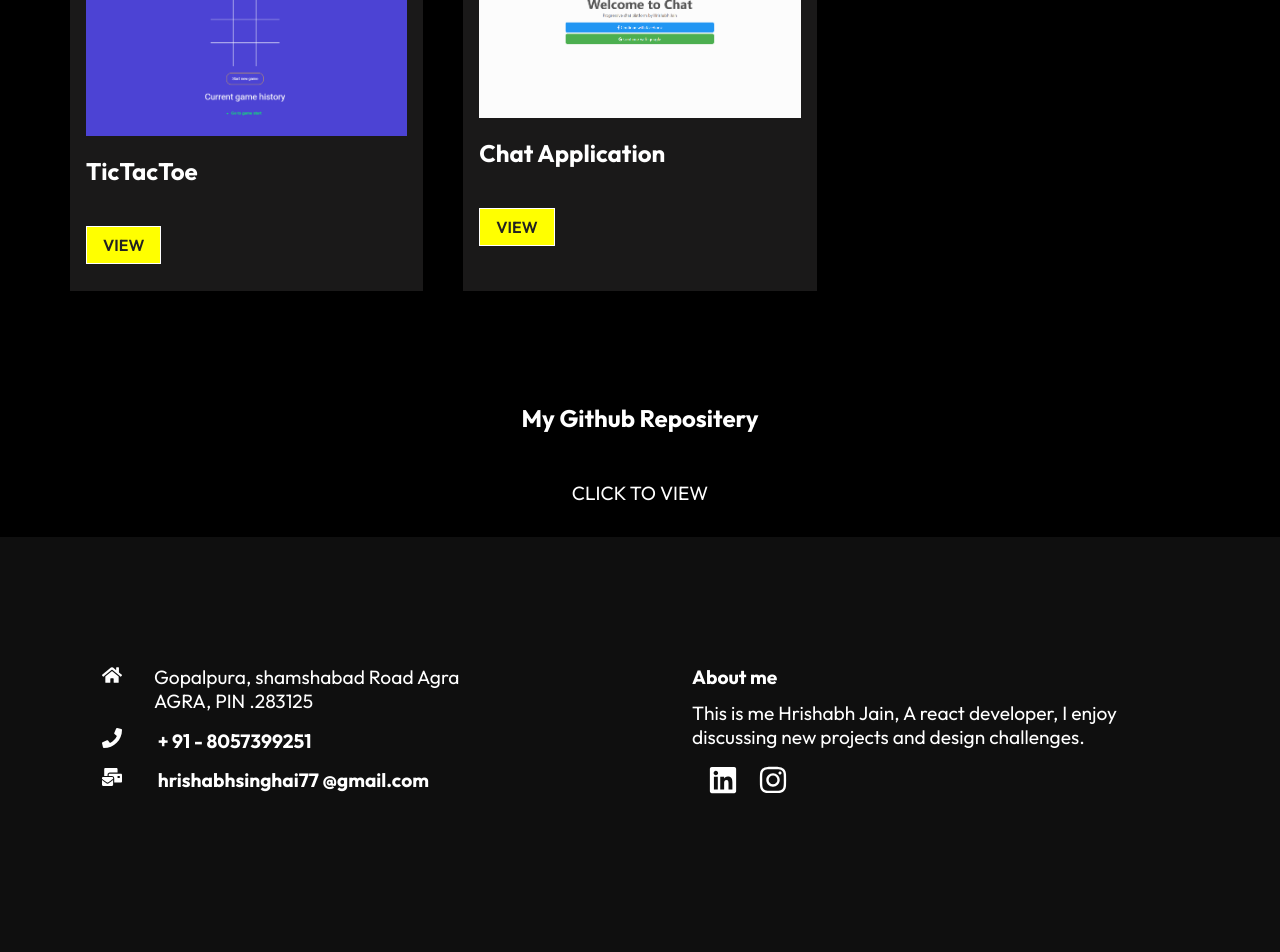
Repository: Hrishabhsinghai/Portfolio
Page: /project
These files come from the project's save history. The page is drawn as it stood at one moment and after the next save; the edit follows.
The browser window is 1280 px wide. The pictures show the part of the page from y = 704 to 1656 px (the page is 1656 px tall before and 1640 px after).
The project was rebuilt for these pictures with package versions that can differ from the ones it lists, and the page was loaded fresh each time. Also part of the build but not shown: src/components/HeroImgStyles.css, src/components/HeroImg.js, src/routes/Home.js, src/components/AboutContentSttyles.css, src/components/AboutContent.js, src/routes/About.js, src/routes/Contact.js.

Above is the page before, as saved 2024-01-11 22:47:16.

After the next save:
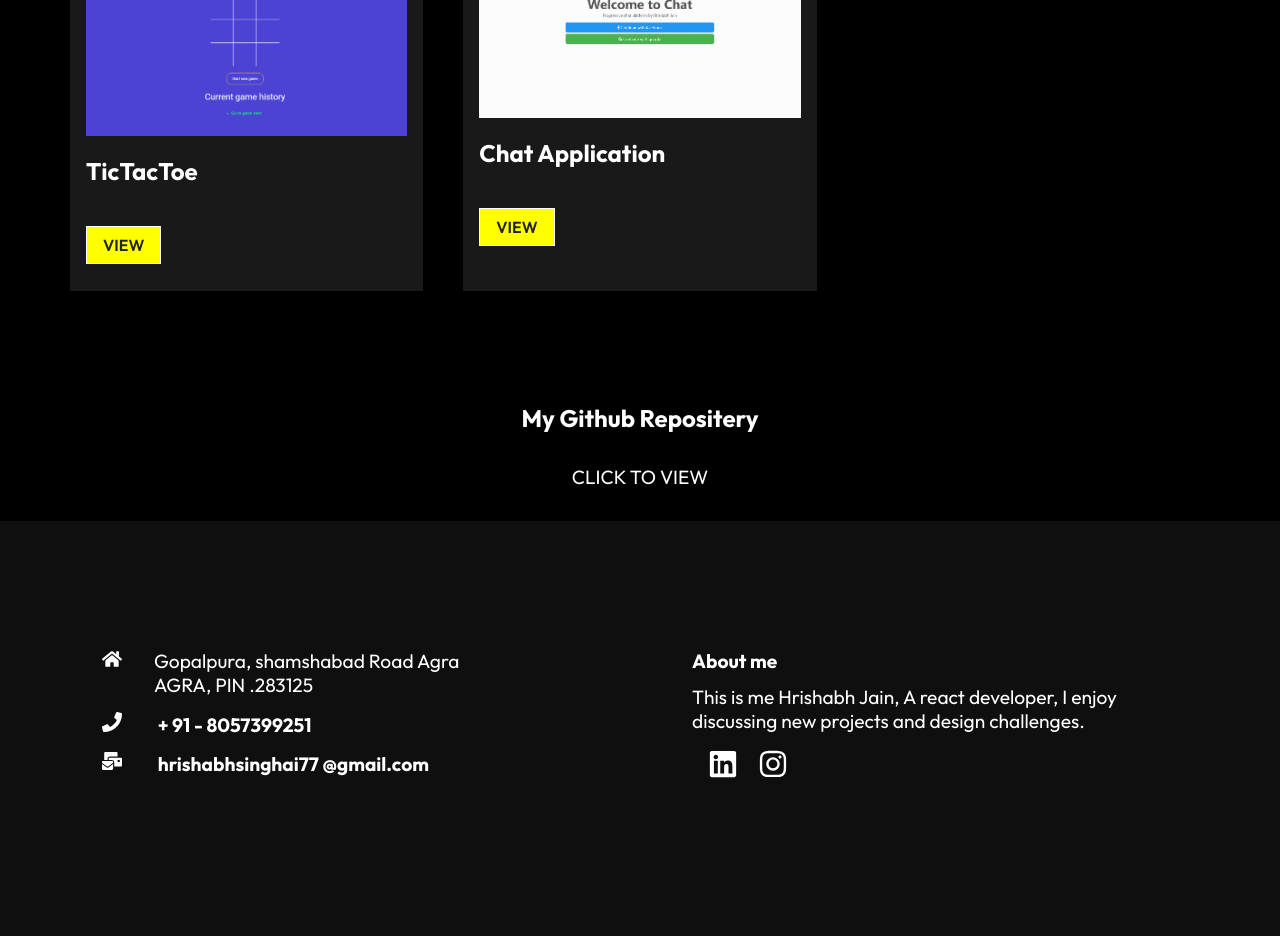
Saved 9 min 0 s later.
--- a/src/components/WorkCardStyles.css
+++ b/src/components/WorkCardStyles.css
@@ -52,7 +52,7 @@
 
 .github {
   text-align: center;
-  padding: 2rem 0 2rem 0;
+  padding: 2rem 0 1rem 0;
   font-size: 1.5rem;
 }
 
